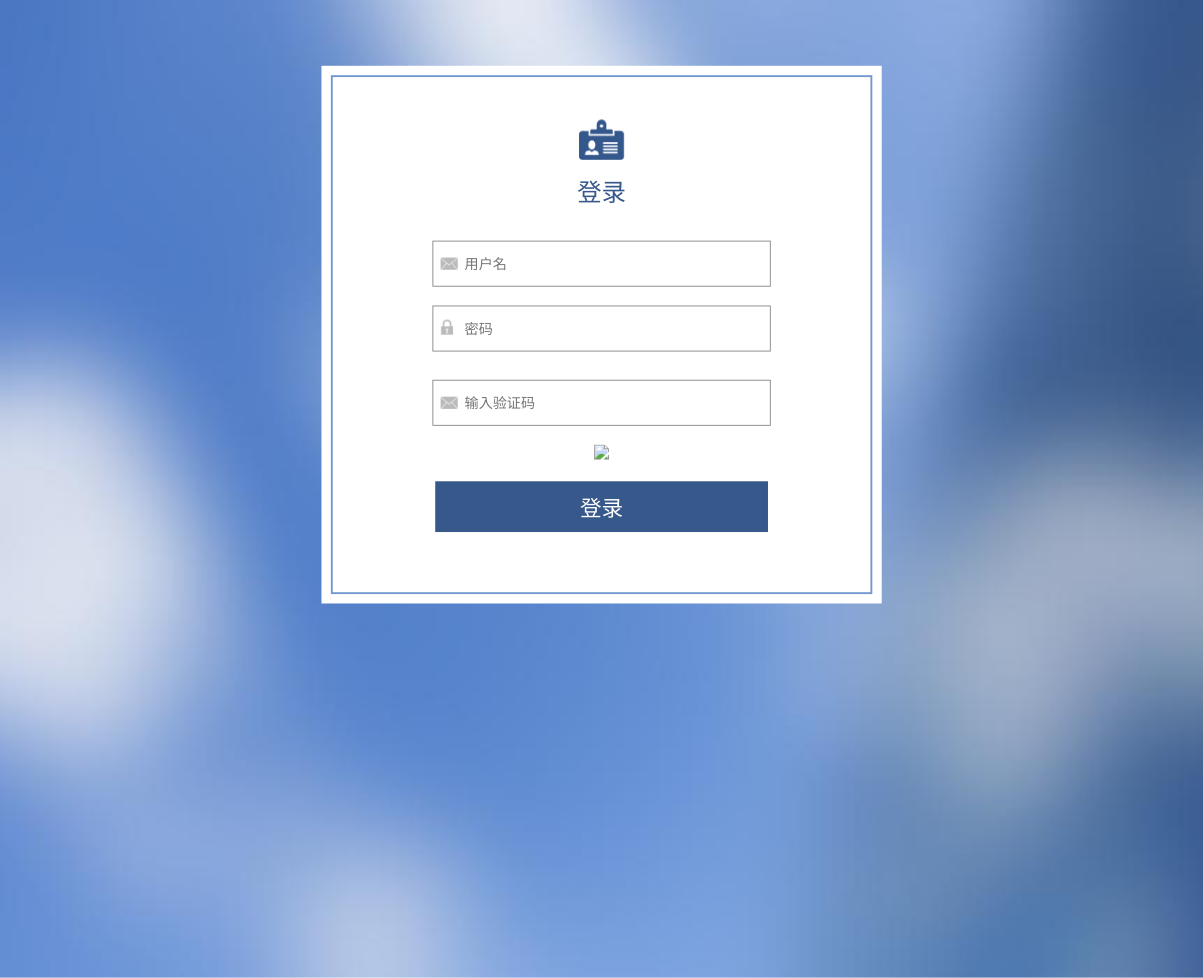
Repository: xnmll/jsp-mysql-mini-system
Page: http://localhost/Member/
An editor plug-in stored every save of this project. The page is shown before and after the next save, followed by the edit.
The browser window is 1280 px wide. The pictures show the whole page, at 94% of full size.
The page is served by Tomcat 9. Other server files are loaded and not shown.

Above is the page before, as saved 2018-05-02 11:40:52.

### finally/Member/WebRoot/login.jsp
<%@ page language="java" import="java.util.*,java.net.URLDecoder" pageEncoding="utf-8"%>
<%@taglib prefix="c" uri="http://java.sun.com/jsp/jstl/core" %>
<%@taglib prefix="fn" uri="http://java.sun.com/jsp/jstl/functions" %>
 <%
	 String username = "";
	 String password = "";
	 Cookie[] c = request.getCookies();
	 if(c != null && c.length > 0)
	 {
	   for(Cookie c1 : c)
	   {
	     if(c1.getName().equals("username"))
	     {
	       username = URLDecoder.decode(c1.getValue(),"utf-8");
	     }
	     if(c1.getName().equals("password"))
	     {
	       password = URLDecoder.decode(c1.getValue(),"utf-8");
	     }
	   }
	 }
  %>
  <%
	//获取请求上下文
	String context = request.getContextPath();
   %>
<!DOCTYPE HTML>
<html>
	<head>
		<title>登录</title>
		<!-- Custom Theme files -->
		<link href="<%=context%>/css/style1.css" rel="stylesheet" type="text/css" media="all"/>
		<!-- Custom Theme files -->
		<meta http-equiv="Content-Type" content="text/html; charset=utf-8" />
		<meta name="viewport" content="width=device-width, initial-scale=1, maximum-scale=1">
		<meta http-equiv="Content-Type" content="text/html; charset=utf-8" />
		<meta name="keywords" content="Login form web template, Sign up Web Templates, Flat Web Templates, Login signup Responsive web template, Smartphone Compatible web template, free webdesigns for Nokia, Samsung, LG, SonyErricsson, Motorola web design" />
	</head>

	<script type="text/javascript">
	   //点击验证码图片会重新加载验证码,Math.random()的作用的每次都传递不同的参数，
	   //从而每次都生成一个新的验证码对象
	     function loadImage(){
			  document.getElementById("code").src = "image.jsp?"+Math.random();
	     }
	</script>

<body>
	<div class="login">
		 <div class="login-main">
	 		<div class="login-top">
	 			<img src="images/head-img.png" alt=""/>
	 			<h1>登录</h1>
	 			<form action="<%=context%>/loginCheckAction" id="form" method="post">
	 			<input type="text" name="username" value="<%=username%>" placeholder="用户名" required>
	 			<input type="password" name="password" value="<%=password%>" placeholder="密码" required>
	 			<input type="text" id="checkcode" name="checkcode" width="200" placeholder="输入验证码" required>
	 			<img src="image.jsp"  height="30px" id="code"  onClick="javascript:loadImage();"/>


			      <br><br>

	 			<input type="submit" value="登录" /><br><br>
	 			</form>
	 		</div>
	 	</div>
  </div>
</body>
</html>

### finally/Member/WebRoot/css/style1.css
/*--
Author: W3layouts
Author URL: http://w3layouts.com
License: Creative Commons Attribution 3.0 Unported
License URL: http://creativecommons.org/licenses/by/3.0/
--*/
/* start editing from here */
html,body,div,span,applet,object,iframe,h1,h2,h3,h4,h5,h6,p,blockquote,pre,a,abbr,acronym,address,big,cite,code,del,dfn,em,img,ins,kbd,q,s,samp,small,strike,strong,sub,sup,tt,var,b,u,i,dl,dt,dd,ol,nav ul,nav li,fieldset,form,label,legend,table,caption,tbody,tfoot,thead,tr,th,td,article,aside,canvas,details,embed,figure,figcaption,footer,header,hgroup,menu,nav,output,ruby,section,summary,time,mark,audio,video{margin:0;padding:0;border:0;font-size:100%;font:inherit;vertical-align:baseline;}
article, aside, details, figcaption, figure,footer, header, hgroup, menu, nav, section {display: block;}
ol,ul{list-style:none;margin:0;padding:0;}
blockquote,q{quotes:none;}
blockquote:before,blockquote:after,q:before,q:after{content:'';content:none;}
table{border-collapse:collapse;border-spacing:0;}
/* start editing from here */
a{text-decoration:none;}
.txt-rt{text-align:right;}/* text align right */
.txt-lt{text-align:left;}/* text align left */
.txt-center{text-align:center;}/* text align center */
.float-rt{float:right;}/* float right */
.float-lt{float:left;}/* float left */
.clear{clear:both;}/* clear float */
.pos-relative{position:relative;}/* Position Relative */
.pos-absolute{position:absolute;}/* Position Absolute */
.vertical-base{	vertical-align:baseline;}/* vertical align baseline */
.vertical-top{	vertical-align:top;}/* vertical align top */
.underline{	padding-bottom:5px;	border-bottom: 1px solid #eee; margin:0 0 20px 0;}/* Add 5px bottom padding and a underline */
nav.vertical ul li{	display:block;}/* vertical menu */
nav.horizontal ul li{	display: inline-block;}/* horizontal menu */
img{max-width:100%;}
/*end reset*/
/*--header start here--*/
body {
  background: url(../images/banner.jpg)no-repeat;
  background-size: cover;
  padding: 70px 0px 70px 0px;
  min-height: 900px;
  font-family: 'Roboto', sans-serif;
  font-size: 100%;
}
.login{
  width: 40%;
  background: #fff;
  margin: 0 auto;
  min-height: 400px;
  padding: 10px;
}
.login-main {
  border: 2px solid #7397D1;
  min-height: 400px;
}
.login-top {
  padding: 45px 0px;
  text-align: center;
  position: relative;
}
.login-top h1 {
  font-size: 26px;
  font-weight: 500;
  color: #37588B;
  margin: 10px 0px 35px 0px;
}
span.anc-color {
  color: #8E8E8E;
  font-weight: 300;
}
.login-top ul {
   margin: 27px 0px 20px 0px;
}
.login-top ul li{
	display:inline-block;
}
.login-top ul li a {
  background: url(../images/sprite.png)no-repeat;
  width: 35px;
  height: 34px;
  display: block;
  margin: 0px 13px 0px 0px;
}
.login-top ul li a.fa {
  background-position: 0px -35px;
}
.login-top ul li a.tw {
  background-position: -35px -35px;
}
.login-top ul li a.g {
   background-position: -72px -35px;
}
.login-top ul li a.fa:hover{
 background-position: 0px 0px;
  transition: 0.5s all;
 -webkit-transition: 0.5s all;
 -moz-transition:  0.5s all;
 -o-transition:  0.5s all;
}
.login-top ul li a.tw:hover{
  background-position: -35px 0px;
  transition: 0.5s all;
 -webkit-transition: 0.5s all;
 -moz-transition:  0.5s all;
 -o-transition:  0.5s all;
}
.login-top ul li a.g:hover{
  background-position: -72px 0px;
  transition: 0.5s all;
 -webkit-transition: 0.5s all;
 -moz-transition:  0.5s all;
 -o-transition:  0.5s all;
}
.login-top h2 {
  font-size: 19px;
  font-weight: 400;
  color: #8E8E8E;
  position:relative;
}
.login-top h2:after {
  width: 135px;
  height: 1px;
  background: #8e8e8e;
  position: absolute;
  top: 50%;
  right: 20%;
  content:'';
}
.login-top h2:before {
  width: 135px;
  height: 1px;
  background: #8e8e8e;
  position: absolute;
  top: 50%;
  left: 21%;
  content:'';
}
.login-top h3 {
  font-size: 19px;
  font-weight: 400;
  color: #8E8E8E;
  margin: 0px 0px 16px 0px;
   position: relative;
}
.login-top h3:before{
  width: 135px;
  height: 1px;
  background: #8e8e8e;
  position: absolute;
  top: 50%;
  left: 21%;
  content:'';
}
.login-top h3:after {
  width: 135px;
  height: 1px;
  background: #8e8e8e;
  position: absolute;
  top: 50%;
  right: 20%;
  content:'';
}
.login-top input[type="text"] :-webkit-input-placeholder {
  color:#9F8D78;
}
.login-top input[type="text"] {
  background: url(../images/email.png)no-repeat 7px 17px;
  font-size: 15px;
  font-weight: 400;
  color: #000;
  padding: 15px 10px 15px 33px;
  width: 55%;
  display: block;
  border: 1px solid #8b8b8b;
  outline:none;
  margin: 30px auto 20px;
  -webkit-appearance: none;
}
.login-top input[type="password"]{
background: url(../images/lock.png)no-repeat 8px 14px;
  font-size: 15px;
  font-weight: 400;
  color: #000;
  padding: 15px 10px 15px 33px;
  width: 55%;
  display: block;
  border: 1px solid #8b8b8b;
  margin: 0 auto;
  outline:none;
  -webkit-appearance: none;
}
.login-bottom {
  width: 62%;
  margin: 25px auto;
}
.login-check {
  float: left;
}
.login-para {
  float: right;
}

.login-top.checkbox input {
	position: absolute;
	left: -9999px;
}
.login-top.checkbox i {
	border-color: #fff;
	transition: border-color 0.3s;
	-o-transition: border-color 0.3s;
	-ms-transition: border-color 0.3s;
	-moz-transition: border-color 0.3s;
	-webkit-transition: border-color 0.3s;

}
.login-top.checkbox i:hover {
	border-color:red;

}
.login-top  i:before {
	background-color: #2da5da;
}
.login-top  .rating label {
	color: #ccc;
	transition: color 0.3s;
	-o-transition: color 0.3s;
	-ms-transition: color 0.3s;
	-moz-transition: color 0.3s;
	-webkit-transition: color 0.3s;
}
.login-top .checkbox input + i:after {
	position: absolute;
	opacity: 0;
	transition: opacity 0.1s;
	-o-transition: opacity 0.1s;
	-ms-transition: opacity 0.1s;
	-moz-transition: opacity 0.1s;
	-webkit-transition: opacity 0.1s;
}
.login-top .checkbox input + i:after {
	content: url(../images/tick.png) no-repeat 7px 1px;
	top: 0px;
	left: 0px;
	width: 15px;
	height: 15px;
}
.login-top .checkbox {
	padding: 8px 0px 0px 22px;
	font-size: 15px;
   font-weight: 400;
	line-height: 5px;
	color: #333;
	cursor: pointer;
	position: relative;
	display: block;
	float: left;
}
.login-top .checkbox:hover {
	text-decoration: none;
}
.login-top  .checkbox i {
  position: absolute;
  top: 0px;
  left: 0px;
  display: block;
  width: 15px;
  height: 15px;
  outline: none;
  border: 1px solid #5e5b5b;
}
.login-top  .checkbox input + i:after {
	position: absolute;
	opacity: 0;
	transition: opacity 0.1s;
	-o-transition: opacity 0.1s;
	-ms-transition: opacity 0.1s;
	-moz-transition: opacity 0.1s;
	-webkit-transition: opacity 0.1s;
}
.login-top .checkbox input + i:after {
	color: #2da5da;
}
.login-top.checkbox input:checked + i,
.login-top . input:checked + i {
	border-color: #2da5da;
}
.login-top .rating input:checked ~ label {
	color: #2da5da;
}

.login-top .checkbox input:checked + i:after {
	opacity: 1;
}
.login-top input[type="submit"] {
  background: #37588B;
  color: #FFF;
  border:none;
  font-size: 23px;
  font-weight: 400;
  padding: 10px 0px;
  width: 62%;
  cursor: pointer;
  outline: none;
}
.login-top input[type="submit"]:hover{
	background:#777;
	transition: 0.5s all;
  -webkit-transition: 0.5s all;
  -moz-transition: 0.5s all;
  -o-transition: 0.5s all;
}
.login-top h4 {
  font-size: 19px;
  font-weight: 400;
  color: #bababa;
  margin: 15px 0px 16px 0px;
}
.login-top h4 a{
  font-size: 19px;
  font-weight: 400;
  color: #969696;
  text-decoration: underline;
}
.login-top h4 a:hover{
  color: #37588B;
  transition: 0.5s all;
  -webkit-transition: 0.5s all;
  -moz-transition: 0.5s all;
  -o-transition: 0.5s all;
}
.login-top p a {
  font-size: 15px;
  font-weight: 400;
  color: #8e8e8e;
}
.login-top p a:hover{
	color:#000;
	transition: 0.5s all;
  -webkit-transition: 0.5s all;
  -moz-transition: 0.5s all;
  -o-transition: 0.5s all;
}
.copyright p {
  font-size: 16px;
  font-weight: 400;
  color: #fff;
  text-align: center;
  padding: 100px 0px 0px 0px;
}
.copyright p a{
  font-size: 16px;
  font-weight: 400;
  color: #37588B;
}
.copyright p a:hover{
  color: #fff;
  transition: 0.5s all;
  -webkit-transition: 0.5s all;
  -moz-transition: 0.5s all;
  -o-transition: 0.5s all;
}
/*--header end here--*/
/*--meadia quries start here--*/
@media(max-width:1440px){
.login-top h3:after {
  width: 120px;
}
.login-top h3:before{
  width: 120px;
}
.login-top h2:after {
  width: 120px;
}
.login-top h2:before{
  width: 120px;
}
.login {
  width: 45%;
}
}
@media(max-width:1366px){
.login-top h2:before {
  width: 115px;
}
.login-top h2:after {
  width: 115px;
}
.login-top h3:after {
  width: 115px;
}
.login-top h3:before{
  width: 115px;
}
}
@media(max-width:1280px){
.login-top h2:before {
  width: 100px;
}
.login-top h2:after {
  width: 100px;
}
.login-top h3:after {
  width: 100px;
}
.login-top h3:before{
  width: 100px;
}
}
@media(max-width:1024px){
.login-top input[type="submit"] {
  font-size: 21px;
   width: 75%;
}
.login-top input[type="text"] {
  width: 65%;
}
.login-top input[type="password"] {
  width: 65%;
}
.login-top h3:before {
  width: 95px;
  left: 15%;
}
.login-top h3:after {
  width: 95px;
  right: 15%;
}
.login-top h2:before {
  width: 95px;
  left: 15%;
}
.login-top h2:after {
  width: 95px;
  right: 15%;
}
.login-top {
  padding: 20px 0px;
}
.login-bottom {
  width: 75%;
}
}
@media(max-width:768px){
.login {
  width: 70%;
}
.login-top h1 {
  font-size: 22px;
  margin: 10px 0px 20px 0px;
}
.login-top h2 {
  font-size: 16px;
}
.login-top h3 {
  font-size: 16px;
}
.login-top h4 {
  font-size: 17px;
}
.login-top h4 a {
  font-size: 17px;
}
body {
  min-height: 800px;
}
.login-top h2:before {
  width: 125px;
}
.login-top h2:after {
  width: 125px;
}
.login-top h3:before {
  width: 125px;
}
.login-top h3:after {
  width: 125px;
}
.login-top ul {
  margin: 17px 0px 20px 0px;
}
}
@media(max-width:640px){
.login-top {
  padding: 30px 0px;
}
.login-top ul {
  margin: 20px 0px 10px 0px;
}
body {
  padding: 70px 0px 0px 0px;
}
.login-top h2:before {
  width: 100px;
}
.login-top h2:after {
  width: 100px;
}
.login-top h3:before {
  width: 100px;
}
.login-top h3:after {
  width: 100px;
}
}
@media(max-width:480px){
body {
  min-height: 700px;
}
.login-top h1 {
  font-size: 19px;
  margin: 5px 0px 10px 0px;
}
.login-top input[type="text"] {
  background: url(../images/email.png)no-repeat 6px 12px;
  padding: 10px 0px 10px 33px;
  width: 70%;
  margin: 16px auto 15px;
  font-size:13px;
}
.login-top input[type="password"] {
  background: url(../images/lock.png)no-repeat 6px 8px;
  padding: 10px 0px 10px 33px;
  width: 70%;
  font-size:13px;
}
.login-top p a {
  font-size: 14px;
}
.login-top input[type="submit"] {
  width: 80%;
  font-size: 18px;
}
.login-top h4 {
  font-size: 15px;
}
.login-top h4 a {
  font-size: 15px;
}
.copyright  p {
  font-size: 14px;
  padding: 85px 0px 0px 0px;
}
.copyright  p a{
  font-size: 14px;
}
.login-top h2:before {
  width: 85px;
  left: 11%;
}
.login-top h2:after {
  width: 85px;
   right: 11%;
}
.login-top h3:after {
  width: 85px;
  right: 11%;
}
.login-top h3:before {
  width: 85px;
  left: 11%;
}
.login-top ul {
  margin: 10px 0px 10px 0px;
}
.login-top ul li a {
  margin: 0px 3px 0px 0px;
}
.login {
  width: 75%;
}
.login-top .checkbox {
  font-size: 13px;
}
.login-bottom {
  width: 80%;
}
}
@media(max-width:320px){
body {
  padding: 40px 0px 0px 0px;
  min-height: 560px;
}
.copyright p {
  font-size: 13px;
  padding: 35px 0px 0px 0px;
}
.login-top {
  padding: 15px 0px;
}
.login-top h1 {
  font-size: 17px;
}
.login-top h2 {
  font-size: 13px;
}
.login-top ul {
  margin: 13px 0px 5px 0px;
}
.login-top p a {
  font-size: 12px;
}
.login-top input[type="submit"] {
   font-size: 15px;
   width: 85%;
}
.login-top h4 {
  font-size: 13px;
}
.login-top h4 a {
  font-size: 13px;
}
.login-top .checkbox {
  font-size: 12px;
}
.login-top h2:before {
  width: 55px;
}
.login-top h2:after {
  width: 55px;
}
.login-top h3:after {
   width: 55px;
}
.login-top h3:before {
   width: 55px;
}
.login {
  width: 82%;
}
.login-bottom {
  width: 85%;
  margin: 15px auto;
}
.login-top ul li a {
  width: 25px;
  height: 22px;
  background-size: 276%;
}
.login-top ul li a.fa {
  background-position: 1px -22px;
}
.login-top ul li a.fa:hover {
  background-position: 1px 0px;
}
.login-top ul li a.tw {
  background-position: -22px -22px;
}
.login-top ul li a.tw:hover {
  background-position: -22px 0px;
}
.login-top ul li a.g {
  background-position: -45px -22px;
}
.login-top ul li a.g:hover {
  background-position: -45px 0px;
}
/*--meadia quries end here--*/

After the next save:
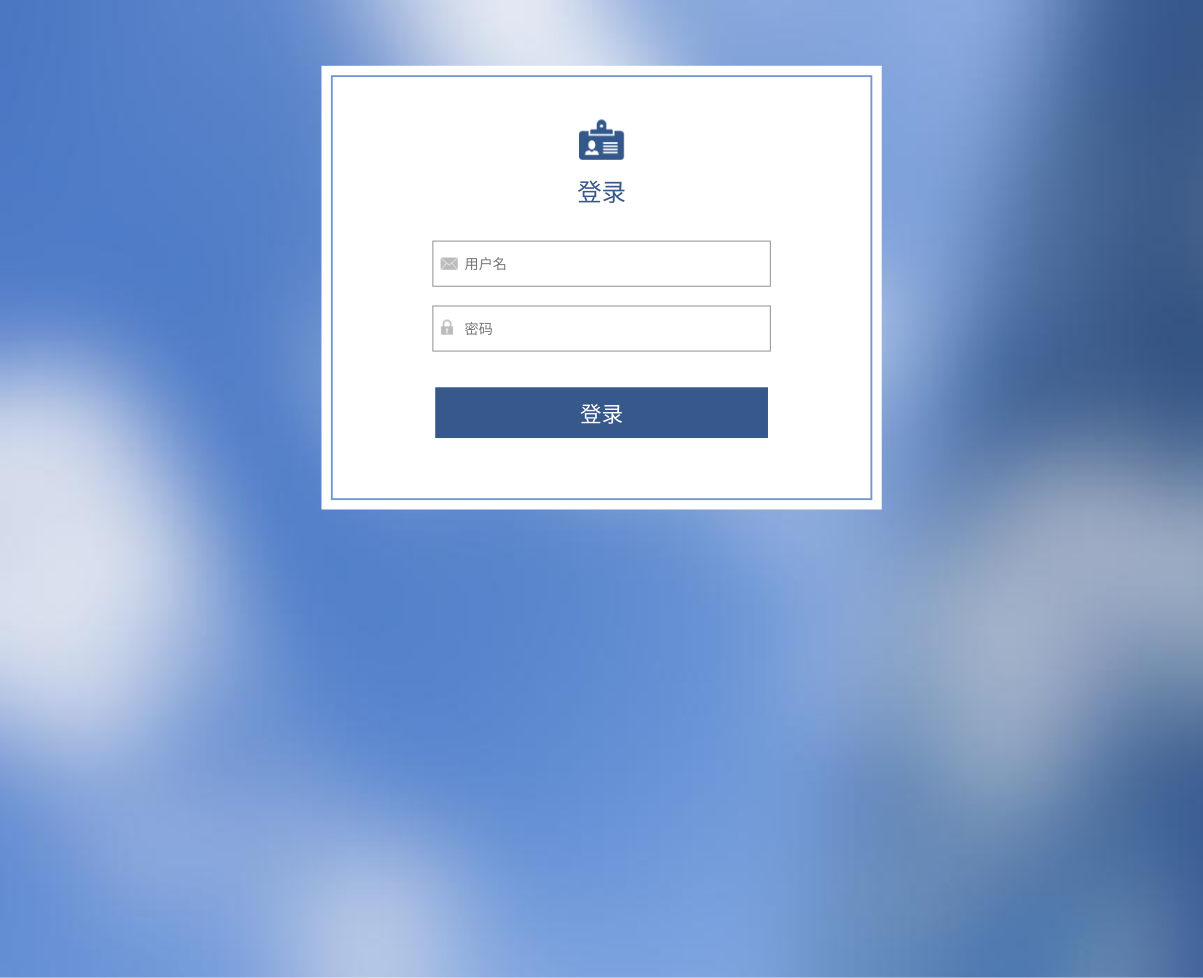
Saved 7 s later.
--- a/finally/Member/WebRoot/login.jsp
+++ b/finally/Member/WebRoot/login.jsp
@@ -54,8 +54,7 @@
 	 			<form action="<%=context%>/loginCheckAction" id="form" method="post">
 	 			<input type="text" name="username" value="<%=username%>" placeholder="用户名" required>
 	 			<input type="password" name="password" value="<%=password%>" placeholder="密码" required>
-	 			<input type="text" id="checkcode" name="checkcode" width="200" placeholder="输入验证码" required>
-	 			<img src="image.jsp"  height="30px" id="code"  onClick="javascript:loadImage();"/>
+
 
 
 			      <br><br>
